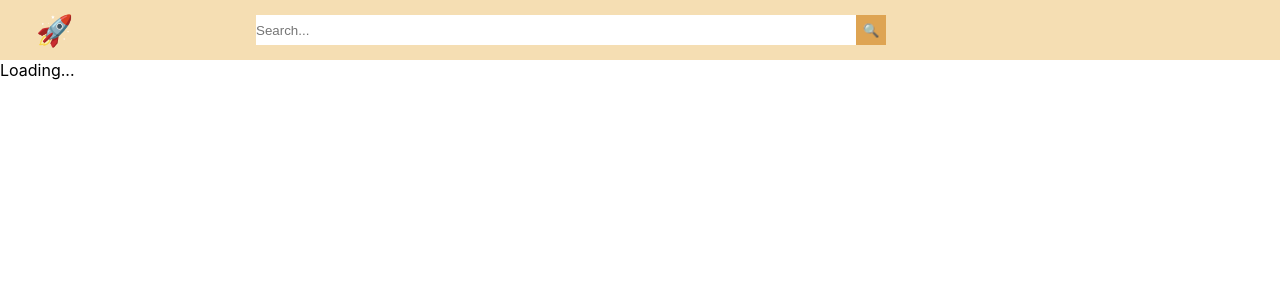
Repository: YEOMJINSEOP/React
Page: / (app in reactube/)
The author's editor kept a copy of each file at every save. The page is drawn from the files as they stood at one save, then again after the next save.
The browser window is 1280 px wide. The pictures show the whole page.
The page's requests for data from a server got no answer. The project was rebuilt for these pictures with package versions that can differ from the ones it lists, and the page was loaded fresh each time. No one was signed in, and anything a server would have sent is missing. Also part of the build but not shown: reactube/src/app.css, reactube/src/components/videoList/VideoList.module.css, reactube/src/components/videoList/VideoList.jsx.

Above is the page before, as saved 2023-01-17 11:42:42.

After the next save:
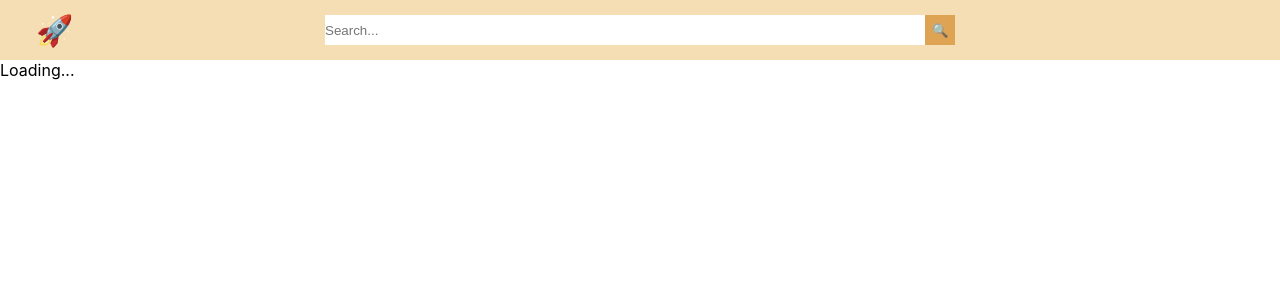
Saved 5 s later.
--- a/reactube/src/components/header/Header.module.css
+++ b/reactube/src/components/header/Header.module.css
@@ -24,9 +24,7 @@ button {
   left: 30px;
 }
 
-.search{
-  width: 60%;
-}
+
 .searchBox{
   width: 600px;
   height: 30px;
